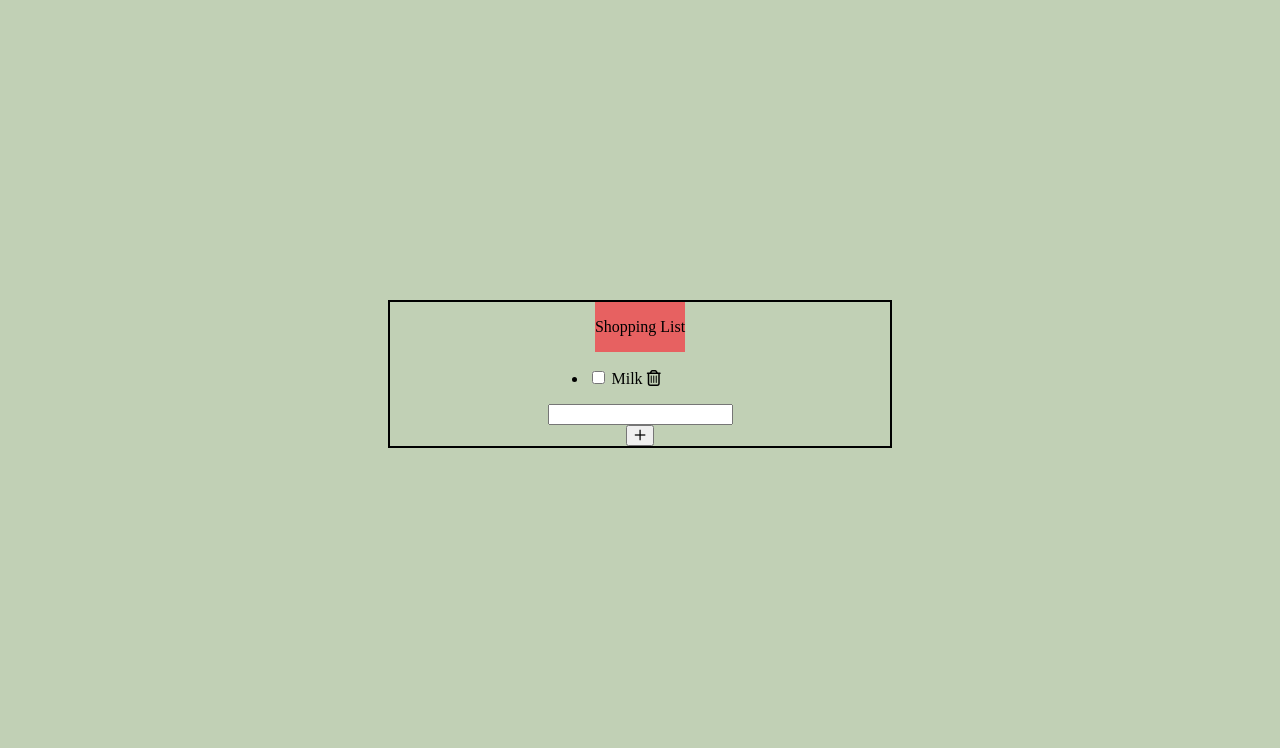
Repository: sephinejo/shopping-list-app
Page: index.html
These files come from the project's save history. The page is drawn as it stood at one moment and after the next save; the edit follows.
The browser window is 1280 px wide. The pictures show the whole page.
Some web fonts or font styles are not loaded; a fallback is used. Some web libraries are served in a nearby version.

Above is the page before, as saved 2023-05-11 18:18:40.

### index.html
<!DOCTYPE html>
<html lang="en">
  <head>
    <meta charset="UTF-8" />
    <meta http-equiv="X-UA-Compatible" content="IE=edge" />
    <meta name="viewport" content="width=device-width, initial-scale=1.0" />
    <title>Shopping List 🛍️🛒</title>
    <link rel="preconnect" href="https://fonts.googleapis.com" />
    <link rel="preconnect" href="https://fonts.gstatic.com" crossorigin />
    <link
      href="https://fonts.googleapis.com/css2?family=Alice&family=Open+Sans:wght@300;400&family=Raleway&family=Roboto+Mono:wght@300;400;500&family=Roboto:wght@400;500&family=Ubuntu:wght@400;500&display=swap"
      rel="stylesheet"
    />
    <script
      src="https://kit.fontawesome.com/9ac80604cb.js"
      crossorigin="anonymous"
    ></script>
    <link rel="stylesheet" href="style.css" />
    <script src="main.js" defer></script>
  </head>
  <body>
    <div class="container">
      <header>
        <p class="title">Shopping List</p>
      </header>
      <main>
        <ul class="items">
          <li class="item">
            <input type="checkbox" />
            <label for="item">Milk</label>
            <i class="fa-regular fa-trash-can"></i>
          </li>
        </ul>
        <div class="input">
          <input type="text" />
        </div>
      </main>
      <footer>
        <button class="add">
          <i class="fa-regular fa-plus"></i>
        </button>
      </footer>
    </div>
  </body>
</html>

### style.css
body {
  margin: 0 auto;
  background-color: #c1d0b5;
}

.container {
  margin: 300px auto;
  width: 500px;
  border: 2px solid black;
  display: flex;
  flex-direction: column;
  align-items: center;
}

header {
  display: block;
  background-color: #e76161;
}

Loaded but not shown: main.js (no copy from this time; the picture is the same without it)

After the next save:
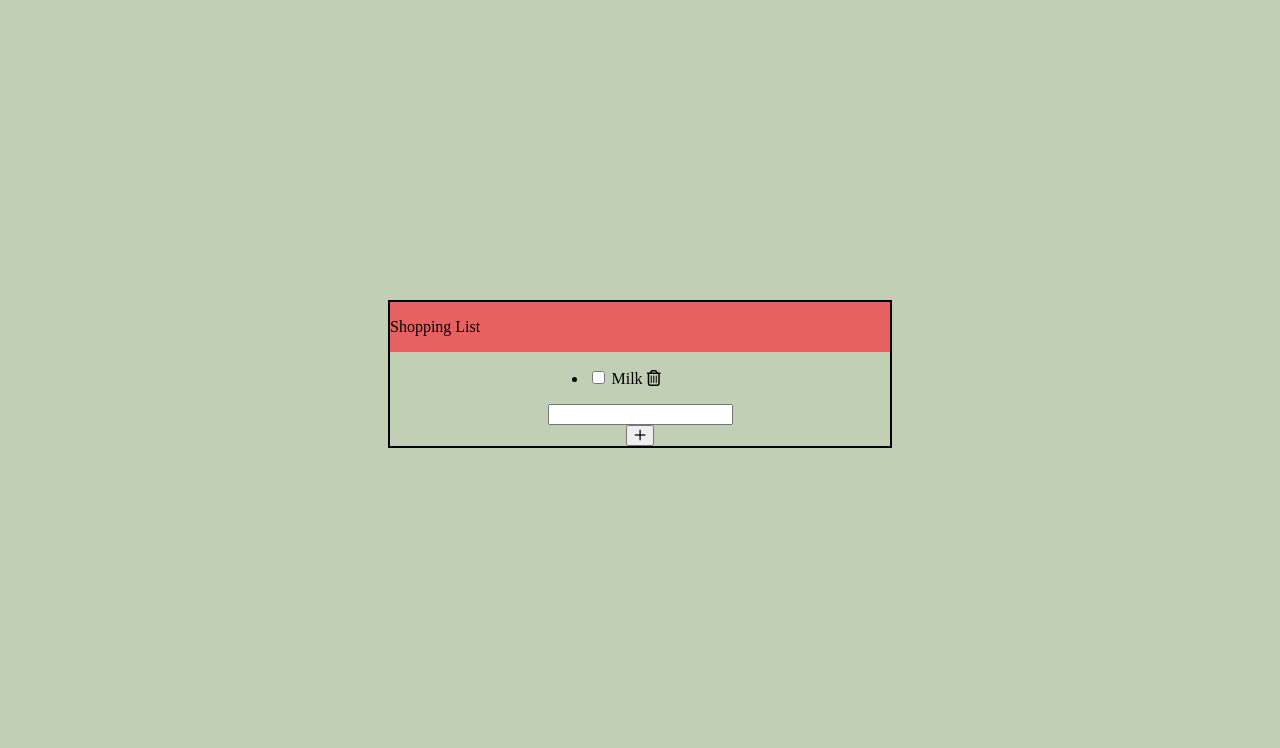
Saved 14 s later.
--- a/style.css
+++ b/style.css
@@ -13,6 +13,6 @@ body {
 }
 
 header {
-  display: block;
+  width: 100%;
   background-color: #e76161;
 }
